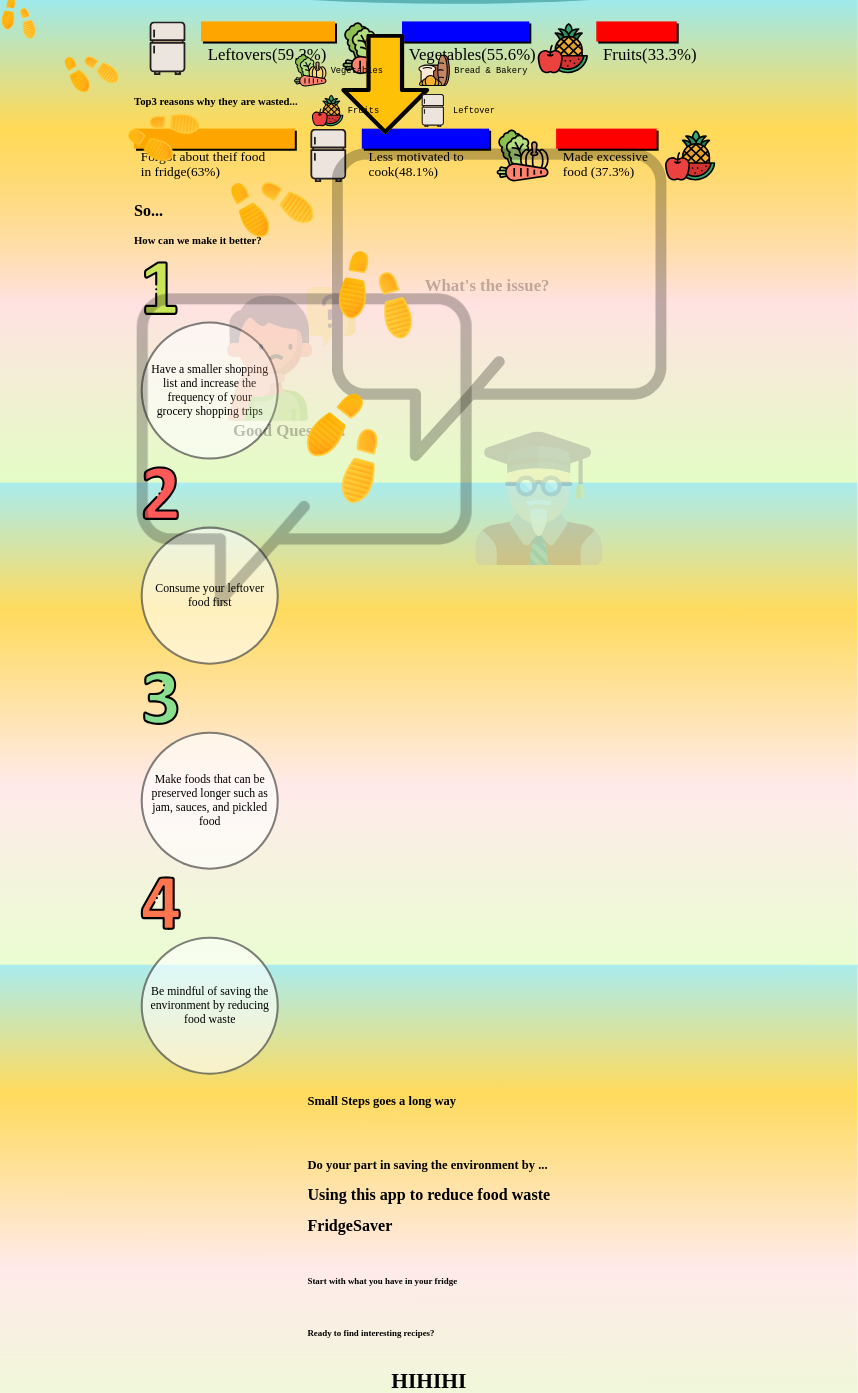
Repository: iorid3/Midterm
Page: index.html
An editor plug-in stored every save of this project. The page is shown before and after the next save, followed by the edit.
The browser window is 1280 px wide. The pictures show the whole page, at 67% of full size.

Above is the page before, as saved 2021-03-09 11:08:12.

After the next save:
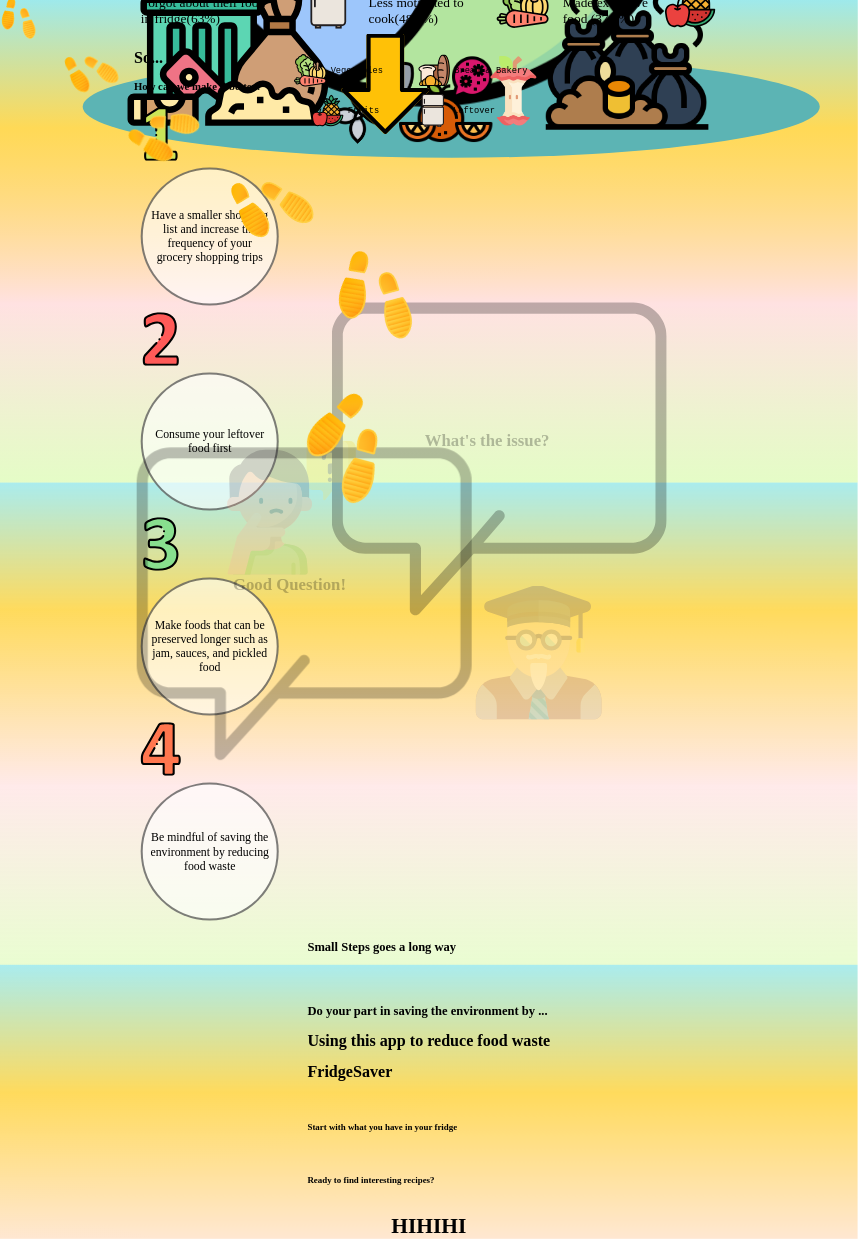
Saved 14 s later.
--- a/index.css
+++ b/index.css
@@ -17,3 +17,9 @@ html,body{
     height:20%
 
 }
+
+.section2{
+    width: 100%;
+    height:20%
+
+}
